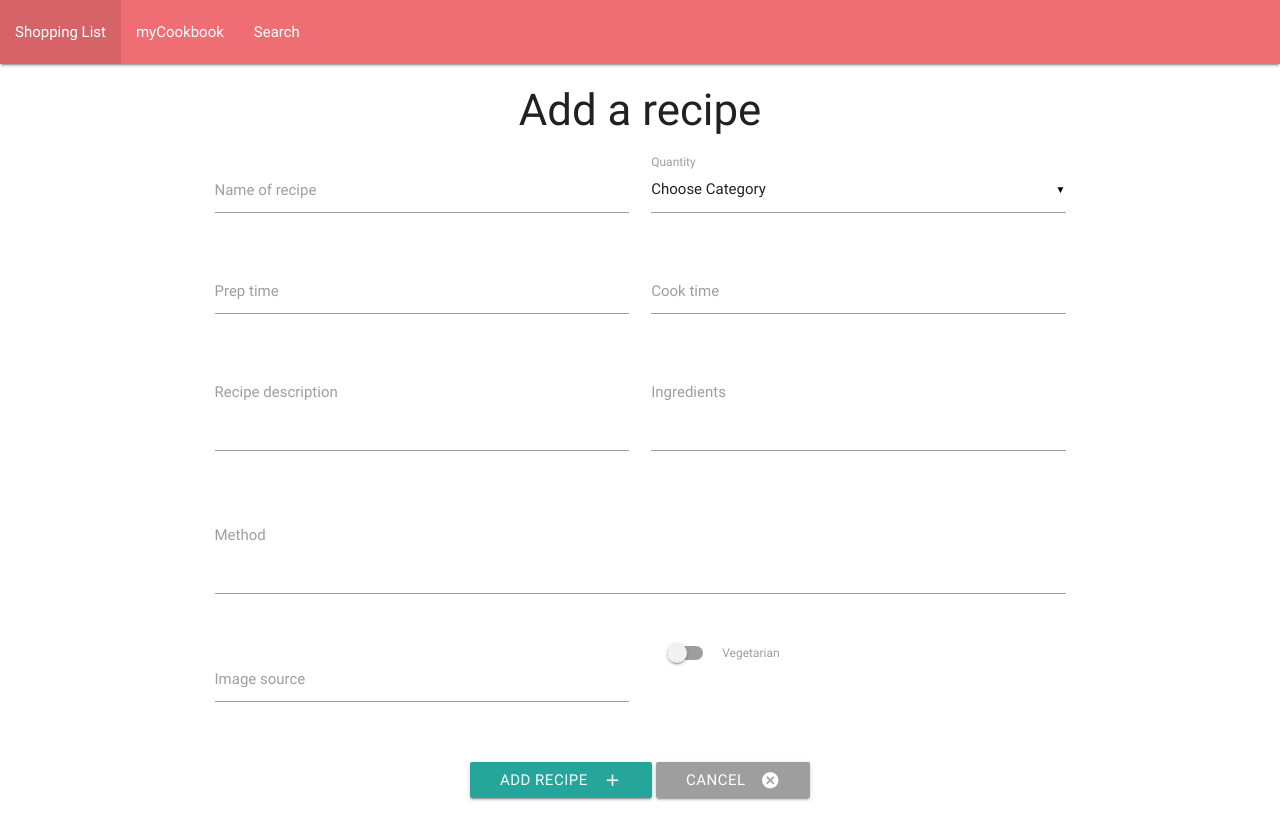
Repository: Code-Institute-Submissions/myCookbook-3
Page: templates/edit_recipe.html
The author's editor kept a record of every edit. The page is drawn from the files as they stood at one moment, then again after the next edit.
The browser window is 1280 px wide. The pictures show the whole page.
Some web libraries are served in a nearby version. The page is served by the project's application, run on Flask 3 (app.py). The template is opened directly, without the code that normally fills it, so the values that code supplies are empty.

Above is the page before.
Console error: TypeError: Cannot read properties of null (reading 'addEventListener')

### templates/edit_recipe.html
{% extends 'base.html' %} {% block content %}

<div class="container">
<h3 class="center">Add a recipe</h3>
<div class="row">
    <form action="{{ url_for('edit_recipe', recipe_id=recipe._id) }}" method="POST" class="col s12">

        <div class="row">
        <div class="input-field col s6">
            <!--<i class="material-icons prefix">add_shopping_cart</i>-->
            <input value="{{ recipes.recipe_name }}" id="recipe_name" name="recipe_name" type="text" class="validate">
            <label for="recipe_name">Name of recipe</label>
        </div>

        <div class="input-field col s6">
            <select id="quantity" name="item_quantity">
              <option value="" disabled selected>Choose Category</option>
                    {% for cat in categories %}
                    <option value="{{cat.category_name}}">{{cat.category_name}}</option>
                    {% endfor %}
            </select>
            <label>Quantity</label>
        </div>
      </div>

      <div class="row">
        <div class="input-field col s6">
          <input value="{{ recipes.prep_time }}" id="prep_time" name="prep_time" type="text" class="validate">
            <label for="prep_time">Prep time</label>
        </div>

        <div class="input-field col s6">
          <input value="{{ recipes.cook_time }}" id="cook_time" name="cook_time" type="text" class="validate">
            <label for="cook_time">Cook time</label>
        </div>
      </div>

      <div class="row">
        <div class="input-field col s6">
            <textarea value="{{ recipes.recipe_desc }}" id="recipe_desc" name="recipe_desc" class="materialize-textarea"></textarea>
            <label for="recipe_desc">Recipe description</label>
        </div>

        <div class="input-field col s6">
            <textarea value="{{ recipes.ingredients }}" id="ingredients" name="ingredients" class="materialize-textarea"></textarea>
            <label for="ingredients">Ingredients</label>
        </div>
      </div>

      <div class="row">
            <div class="input-field col s12">
            <textarea value="{{ recipes.method }}" id="method" name="method" class="materialize-textarea"></textarea>
            <label for="method">Method</label>
        </div>
      </div>

        <div class="row">
            <div class="input-field col s6">
              <input value="{{ recipes.image }}" id="image" name="image" type="text" class="validate">
                <label for="image">Image source</label>
            </div>

            <div class="col s6">

               <div class="switch">
                <label>
                  <input value="{{ recipes.is_vegetarian }}" id="is_vegetarian" name="is_vegetarian" type="checkbox">
                  <span class="lever"></span>
                  Vegetarian
                </label>
            </div>

            </div>
        </div>
</div>
<div class="row add_can_btns">
    <button class="btn waves-effect waves-light" type="submit" name="action">Add recipe
        <i class="material-icons right">add</i>
    </button>
    <a href="{{ url_for('get_recipes') }}" class="waves-effect waves-light btn grey">
        <i class="material-icons right">cancel</i>Cancel
    </a>
        </div>


</div>


{% endblock %}

### templates/base.html
<!DOCTYPE html>
<html lang="en">
<head>
    <meta charset="UTF-8">
    <meta name="viewport" content="width=device-width, initial-scale=1.0">
    <meta http-equiv="X-UA-Compatible" content="ie=edge">
    <title>myCookbook</title>
    <link href="https://fonts.googleapis.com/icon?family=Material+Icons" rel="stylesheet">
    <!-- Materialize css -->
    <link rel="stylesheet" href="https://cdnjs.cloudflare.com/ajax/libs/materialize/0.100.2/css/materialize.min.css">
    <link rel="stylesheet" href="{{ url_for('static', filename='styles.css') }}" type="text/css" />
</head>
<body>
    <nav>
    <div class="nav-wrapper">

      <!--<ul id="nav-mobile" class="center hide-on-med-and-down">-->
      <ul id="nav-mobile main-nav">
        <li><a href="{{ url_for('get_shopping') }}">Shopping List</a></li>
        <li><a href="{{ url_for('get_recipes') }}">myCookbook</a></li>
        <li><a href="#">Search</a></li>
      </ul>
    </div>
  </nav>
    {% block content %}
    {% endblock %}

    <script src="https://cdnjs.cloudflare.com/ajax/libs/jquery/3.2.1/jquery.min.js"></script>
    <script src="https://cdnjs.cloudflare.com/ajax/libs/materialize/0.100.2/js/materialize.min.js"></script>
    <script type="text/javascript">
        $(document).ready(function() {
            $('.collapsible').collapsible();
            $('select').material_select();
        });
        $('.datepicker').pickadate({
            selectMonths: true, // Creates a dropdown to control month
            selectYears: 15, // Creates a dropdown of 15 years to control year,
            today: 'Today',
            clear: 'Clear',
            close: 'Ok',
            closeOnSelect: false // Close upon selecting a date,
        });

      document.getElementById("matfix").addEventListener("click", function(e) {
	e.stopPropagation();
});
  </script>

</body>
</html>

### app.py
import os
from flask import Flask, render_template, redirect, request, url_for
from flask_pymongo import PyMongo
from bson.objectid import ObjectId

app = Flask(__name__)
app.config["MONGO_URI"] = os.getenv("MONGO_URI")
app.config["MONGO_DBNAME"] = 'myCookbook'


mongo = PyMongo(app)


@app.route('/')
@app.route('/get_shopping')
def get_shopping():
    return render_template("shoppinglist.html", shoppinglist=mongo.db.shoppinglist.find())

@app.route('/get_recipes')
def get_recipes():
    return render_template("recipes.html", recipe=mongo.db.recipes.find())

@app.route('/add_item')
def add_item():
    return render_template("additem.html")

@app.route('/add_recipe')
def add_recipe():
    return render_template("addrecipe.html")

@app.route('/insert_item', methods=['POST'])
def insert_item():
    items = mongo.db.shoppinglist
    items.insert_one(request.form.to_dict())
    return redirect(url_for('get_shopping'))

@app.route('/edit_item/<item_id>')
def edit_item(item_id):
    the_item = mongo.db.shoppinglist.find_one({"_id": ObjectId(item_id)})
    return render_template("edititem.html", item=the_item)

@app.route('/delete_item/<item_id>')
def delete_item(item_id):
    mongo.db.shoppinglist.remove({'_id':ObjectId(item_id)})
    return redirect(url_for('get_shopping'))

@app.route('/update_item/<item_id>', methods=["POST"])
def update_item(item_id):
    items = mongo.db.shoppinglist
    items.update( {'_id': ObjectId(item_id)},
    {
        'item_name':request.form.get('item_name'),
        'item_quantity':request.form.get('item_quantity'),
        'item_info': request.form.get('item_info')
    })
    return redirect(url_for('get_shopping'))




if __name__ == '__main__':
    app.run(host=os.environ.get('IP'),
            port=int(os.environ.get('PORT')),
            debug=True)

### static/styles.css
.container .row {
    margin-left: auto;
    margin-right: auto;
}

.row .col.s9 {
    margin-left: 0;
}

.btn_small {
    height: 24px;
    width: 60px;
    line-height: 24px;
    margin: 5px 5px;
    padding: 0 0.5em;
}

.item_header {
    margin-top: 5px;
    padding-left: 25%;
    font-size: 20px;
}

.recipe_header {
    font-size: 20px;
    margin-left: 0;
}

.fullrec_header {
    margin-top: 30px;
}

.recipe_img {
    height: 200px;
    width: 240px;
    border-radius: 25px;
}

.img_resize {
    width:50%;
    height: auto;
    border-radius: 12%;
}

#veggie {
    height:30px;
    width: auto;
}

.btn-remove {
    width: 80px;
}

.recipe_buttons {
    margin-bottom: 30px;
}

#main-nav {
    font-size: 24px;
}

.nav-wrapper {
    text-align: center;
}

.edit-btn {
    text-align: right;
    padding-left:10px;
}

#shopping-header {
    text-align: center;
}

.add_can_btns {
    text-align: center;
}

#prep_para {
    margin-top: 0;
}

After the next edit:
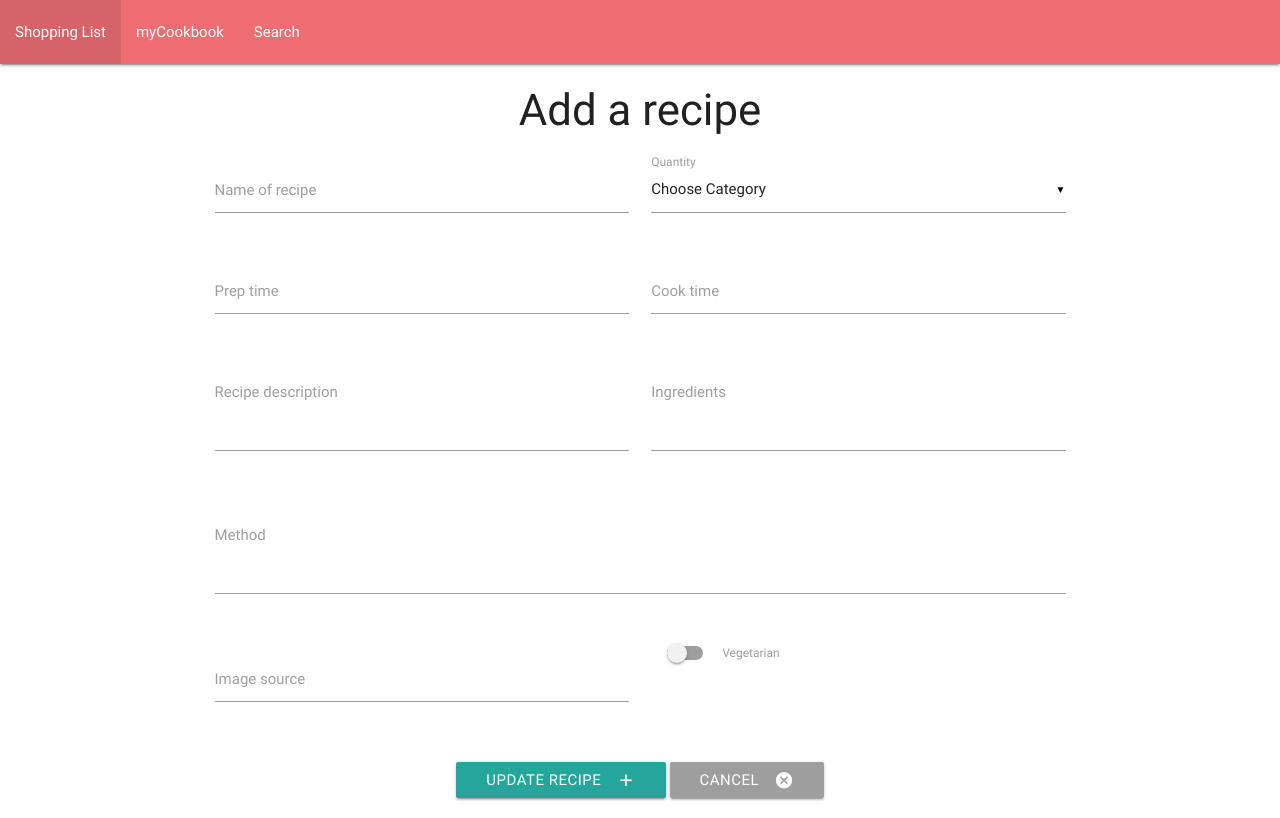
The edit:
--- a/templates/edit_recipe.html
+++ b/templates/edit_recipe.html
@@ -74,7 +74,7 @@
         </div>
 </div>
 <div class="row add_can_btns">
-    <button class="btn waves-effect waves-light" type="submit" name="action">Add recipe
+    <button class="btn waves-effect waves-light" type="submit" name="action">Update recipe
         <i class="material-icons right">add</i>
     </button>
     <a href="{{ url_for('get_recipes') }}" class="waves-effect waves-light btn grey">
